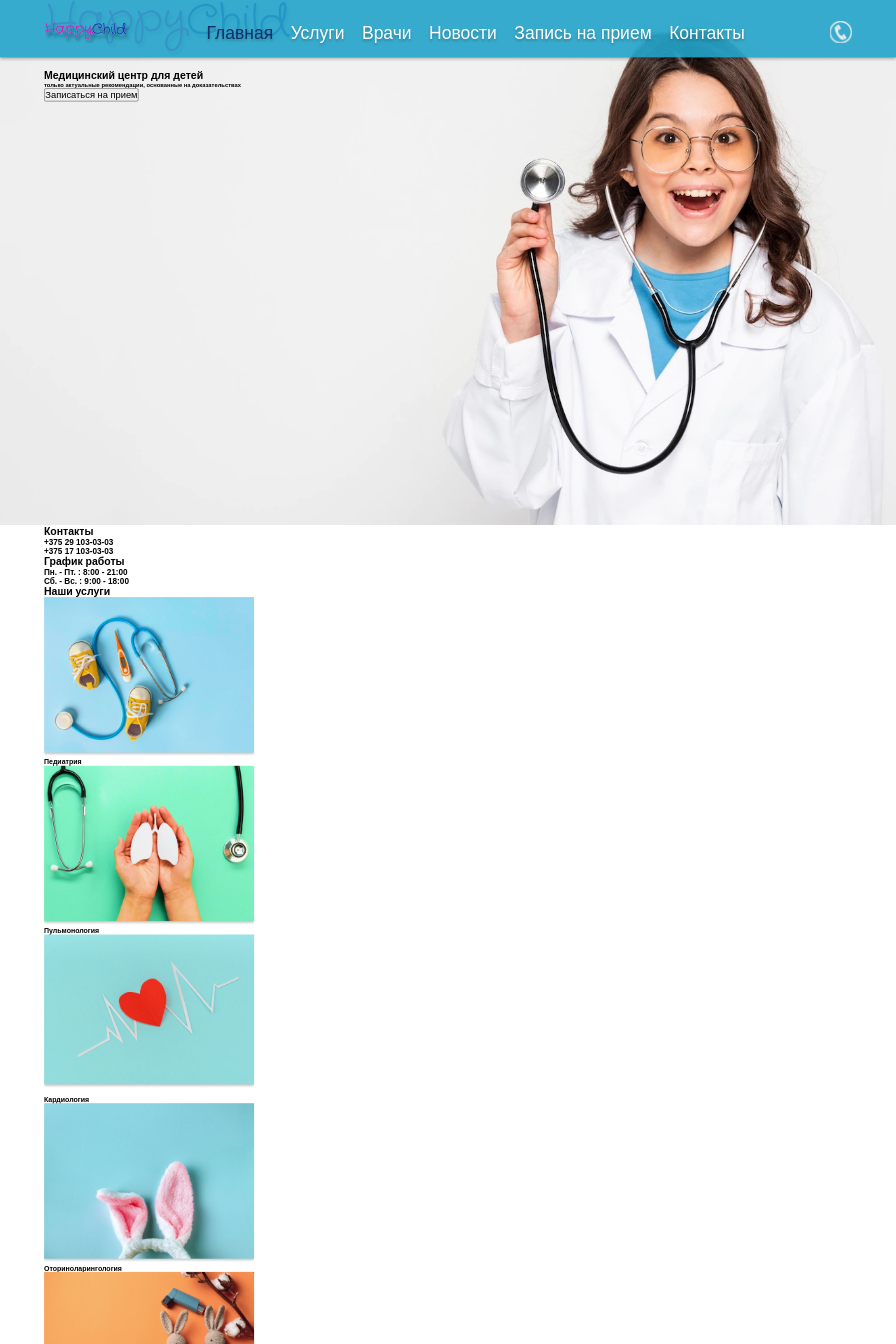
Repository: Normandy72/Landing-Page-Happy-Child
Page: index.html
These files come from the project's save history. The page is drawn as it stood at one moment and after the next save; the edit follows.
The browser window is 1280 px wide. The pictures show the part of the page from y = 0 to 1920 px (the page is 7728 px tall), at 70% of full size.
Some web fonts or font styles are not loaded; a fallback is used.

Above is the page before, as saved 2022-11-11 22:47:44.
Not found: styles/doctors_card.css
Not found: styles/news_card.css
Not found: styles/services_card.css

### index.html
<!DOCTYPE html>
<html lang="en">
<head>
    <meta charset="UTF-8">
    <meta http-equiv="X-UA-Compatible" content="IE=edge">
    <meta name="viewport" content="width=device-width, initial-scale=1.0">
    <link href="https://fonts.googleapis.com/css2?family=Neucha&display=swap" rel="stylesheet">
    <link rel="icon" href="resources/icon/stethoscope.ico" sizes="16x16">
    <link rel="icon" href="resources/icon/stethoscope.ico" sizes="32x32">
    <link rel="icon" href="resources/icon/stethoscope.ico" sizes="64x64">
    <link rel="stylesheet" href="styles/main.css">
    <title>Happy Child</title>
</head>

<body>
    <header>
        <div class="wrapper layout-3-columns">
            <a href="#">
                <div class="header__logo"></div>
            </a>
            <nav class="header__navigation">
                <a class = "navigation__link selected_link" href="#">Главная</a>
                <a class = "navigation__link" href="#">Услуги</a>
                <a class = "navigation__link" href="#">Врачи</a>
                <a class = "navigation__link" href="#">Новости</a>
                <a class = "navigation__link" href="#">Запись на прием</a>
                <a class = "navigation__link" href="#">Контакты</a>
            </nav>
            <a href="tel: +375291030303">
                <div class="header__phone"></div>
            </a>
        </div>
    </header>

    <main>
        <section class="section__main">
            <div class="wrapper main__text">
                <div class="main__logo"></div>
                <h1>Медицинский центр для детей</h1>
                <h5>только актуальные рекомендации, основанные на доказательствах</h5>
                <button class="button button_accented">Записаться на прием</button>
            </div>
        </section>

        <section class="section__information wrapper">
            <div class="information__block block__phone">
                <div class="block__icon"></div>
                <h2 class="heading_light">Контакты</h2>
                <h3>+375 29 103-03-03</h3>
                <h3>+375 17 103-03-03</h3>
            </div>
            <div class="information__block block__shedule">
                <div class="block__icon"></div>
                <h2 class="heading_light">График работы</h2>
                <h3>Пн. - Пт. :    8:00 - 21:00</h3>
                <h3>Сб. - Вс. :    9:00 - 18:00</h3>
            </div>
        </section>

        <section>
            <div class="section__lines">
                <div></div>
                <div></div>
                <div></div>
                <div></div>
            </div>
            <div class="wrapper section__services">
                <h2 class="heading_dark">Наши услуги</h2>
                <div class="services__card">
                    <img src="resources/img/services/pediatria.png" alt="pediatria">
                    <h4>Педиатрия</h4>
                </div>

                <div class="services__card">
                    <img src="resources/img/services/pulmo.png" alt="pulmo">
                    <h4>Пульмонология</h4>
                </div>

                <div class="services__card">
                    <img src="resources/img/services/cardio.png" alt="cardio">
                    <h4>Кардиология</h4>
                </div>

                <div class="services__card">
                    <img src="resources/img/services/lor.png" alt="lor">
                    <h4>Оториноларингология</h4>
                </div>

                <div class="services__card">
                    <img src="resources/img/services/allergo.png" alt="allergo">
                    <h4>Аллергология</h4>
                </div>

                <div class="services__card">
                    <img src="resources/img/services/surgery.png" alt="surgery">
                    <h4>Хирургия</h4>
                </div>

                <div class="services__card">
                    <img src="resources/img/services/neuro.png" alt="neuro">
                    <h4>Неврология</h4>
                </div>

                <div class="services__card">
                    <img src="resources/img/services/endocryn.png" alt="endocryn">
                    <h4>Эндокринология</h4>
                </div>

                <div class="services__card">
                    <img src="resources/img/services/ophtalm.png" alt="ophtalm">
                    <h4>Офтальмология</h4>
                </div>

                <div class="services__card">
                    <img src="resources/img/services/vaccination.png" alt="vaccination">
                    <h4>Вакцинация</h4>
                </div>

                <div class="services__card">
                    <img src="resources/img/services/usd.png" alt="usd">
                    <h4>УЗ-диагностика</h4>
                </div>

                <div class="services__card">
                    <img src="resources/img/services/stayhome.png" alt="stayhome">
                    <h4>Вызов врача на дом</h4>
                </div>
            </div>
        </section>

        <section class="section__addition">
            <div class="wrapper addition__info">
                <div class="addition__text">
                    <h2 class="heading_light">Записаться на прием онлайн</h2>
                    <h5>Записаться на приём можно в любое время суток и без выходных</h5>
                </div>
                <button class="button button_standart">Записаться онлайн</button>
            </div>
        </section>

        <section class="wrapper section__chief">
            <div class="chief__foto"></div>
            <div class="chief__text">
                <div class="text__lines">
                    <div class="lines__line"></div>
                    <p>“</p>
                    <div class="lines__line"></div>
                </div>
                <h5>Счастливый ребенок – это, прежде всего, ребенок здоровый, и только потом уже читающий
                и играющий на скрипке.</h5>
                <div class="text__lines">
                    <div class="lines__line"></div>
                    <p>”</p>
                    <div class="lines__line"></div>
                </div>
                <h5>Главный врач клиники</h5>
                <div class="chief__logo"></div>
                <h5>Самуилова Инна Абрамовна</h5>
            </div>
        </section>

        <section class="wrapper section__doctors">
            <h2 class="heading_dark">Познакомьтесь с нашими специалистами</h2>
            <p>Мы гордимся тем, что являемся медицинским центром, где Ваши дети на первом месте!
                В кратчайшие сроки мы предоставляем медицинскую помощь высочайшего качества и индивидуальное лечение ведущими специалистами страны. </p>
            <div class="doctors__arrays">
                <div></div>
                <div></div>
            </div>
            <div class="doctors__cards">
                <div class="doctors__card">
                    <img src="resources/img/doctors/ivanov1.png" alt="ivanov1">
                    <h5>Иванов Илья Денисович</h5>
                    <h6>Врач-оториноларинголог</h6>
                </div>

                <div class="doctors__card">
                    <img src="resources/img/doctors/stanina1.png" alt="stanina1">
                    <h5>Станина Александра Ивановна</h5>
                    <h6>Врач-офтальмолог</h6>
                </div>

                <div class="doctors__card">
                    <img src="resources/img/doctors/tkachenko1.png" alt="tkachenko1">
                    <h5>Ткаченко Антонина Львовна</h5>
                    <h6>Врач-невролог</h6>
                </div>

                <div class="doctors__card">
                    <img src="resources/img/doctors/savenko1.png" alt="savenko1">
                    <h5>Савенко Алина Викторовна</h5>
                    <h6>Врач-педиатр</h6>
                </div>

                <div class="doctors__card">
                    <img src="resources/img/doctors/krotov1.png" alt="krotov1">
                    <h5>Кротов Алексей Геннадьевич</h5>
                    <h6>Врач-хирург</h6>
                </div>

                <div class="doctors__card">
                    <img src="resources/img/doctors/karpovich1.png" alt="karpovich1">
                    <h5>Карпович Анна Игоревна</h5>
                    <h6>Врач-кардиолог</h6>
                </div>

                <div class="doctors__card">
                    <img src="resources/img/doctors/akulich1.png" alt="akulich1">
                    <h5>Акулич Олег Васильевич</h5>
                    <h6>Врач-эндокринолог</h6>
                </div>

                <div class="doctors__card">
                    <img src="resources/img/doctors/astapenko1.png" alt="astapenko1">
                    <h5>Астапенко Ирина Эдуардовна</h5>
                    <h6>Врач УЗ-диагностики</h6>
                </div>
            </div>
        </section>

        <section>
            <div class="section__lines">
                <div></div>
                <div></div>
                <div></div>
            </div>
            <div class="wrapper section__news">
                <h2 class="heading_dark">Новости</h2>
                <div class="news_card">
                    <img src="resources/img/news/news1.png" alt="news1">
                    <h4>25. 07. 2022   15 : 00</h4>
                    <h3>Всемирный день здоровья полости рта</h3>
                    <h5>Взрослея, организм ребенка испытывает множество изменений. В честь Всемирного дня здоровья полости рта наши стоматологи расскажут родителям и детям, как заботиться о зубах и деснах в разных возрастных периодах, какие средства использовать, чтобы смена молочных зубов прошла легко и безболезненно, и еще много-много полезного!</h5>
                    <a href="#">Подробнее...</a>
                </div>

                <div class="news_card">
                    <img src="resources/img/news/news2.png" alt="news1">
                    <h4>27. 07. 2022   13 : 30</h4>
                    <h3>Европейская неделя иммунизации</h3>
                    <h5>Знаете ли Вы, что иммунизация является единственным и надежным способом борьбы с эпидемиологическими заболеваниями, такими как корь, полиомиелит, эпидемический паротит и др.? В рамках Европейской недели иммунизации врач-педиатр Савенко Алина Викторовна познакомит Вас с текущим календарем профилактических прививок и ответит на все волнующие Вас вопросы! </h5>
                    <a href="#">Подробнее...</a>
                </div>

                <div class="news_card">
                    <img src="resources/img/news/news3.png" alt="news1">
                    <h4>28. 07. 2022    16 : 00</h4>
                    <h3>Международный день офтальмологии</h3>
                    <h5>Ухудшение зрения может лишить человека возможности заниматься любимым делом. Хорошо, что современная офтальмология обладает широкими возможностями для лечения многих заболеваний глаз.  Приходите к нам в Международный день офтальмологии и узнайте, что рекомендуют специалисты для профилактии заболеваний глаз.</h5>
                    <a href="#">Подробнее...</a>
                </div>
            </div>
        </section>

        <section class="section__addition">
            <div class="wrapper addition__info">
                <div class="addition__text">
                    <h2 class="heading_light">Подписаться на рассылку</h2>
                    <h5>Будьте в курсе новостей !</h5>
                </div>
                <form class="addition__form">
                    <input class = "addition__input" type="text" value="Email">
                    <button class="button button_standart">Подписаться</button>
                </form>
            </div>
        </section>

        <section class="wrapper section__callback">
            <div class="callback__form">
                <h2 class="heading_dark">Остались вопросы?</h2>
                <h5>Оставьте заявку, мы Вам перезвоним!</h5>
                <form action="">
                    <input class="callback__input" type="text" value="Ваше имя">
			        <input class="callback__input" type="tel" placeholder="Номер телефона" pattern="+375(29,17,33,44)[0-9]{3}-[0-9]{2}-[0-9]{2}" required>
			        <select class="callback__input" name="menu" size="1">
				        <option>Желаемая услуга</option>
				        <option value="ped">Педиатрия</option>
				        <option value="pulmo">Пульмонология</option>
				        <option value="cardio">Кардиология</option>
				        <option value="lor">Оториноларингология</option>
				        <option value="allergo">Аллергология</option>
				        <option value="surg">Хирургия</option>
				        <option value="neuro">Неврология</option>
				        <option value="endocryn">Эндокринология</option>
				        <option value="ophtalm">Офтальмология</option>
				        <option value="vaccin">Вакцинация</option>
				        <option value="usd">УЗ-диагностика</option>
				        <option value="stayhome">Вызов врача на дом</option>
			        </select>
			        <input class="callback__input" type="date" value="2022-01-01" min="2022-01-01" max="2022-12-31">
                    <label class="callback__checkbox">
                        <input type="checkbox">
                        Я даю согласие на хранение и обработку персональных данных
                    </label>
			        <button class="button button_standart">Оставить заявку</button>
                </form>
            </div>
            <div class="callback__photo"></div>
        </section>

        <section class="wrapper section__contacts">
            <h2 class="heading_dark">Ждем Вас в нашем центре !</h2>
            <div class="contacts__info">
                <h3>Контакты</h3>
                <h5>Мы находимся по адресу:</h5>
                <h4>г. Минск, ул. Матусевича, 70</h4>
                <h5>Связаться:</h5>
                <a href="tel: +375291030303">+375 29 103-03-03</a>
                <a href="tel: +375171030303">+375 17 103-03-03</a>
                <h5>Мы в соц. сетях:</h5>
                <div class="contacts__social">
                    <a href="#"></a>
                </div>
                <div class="contacts__social">
                    <a href="#"></a>
                </div>
                <div class="contacts__social">
                    <a href="#"></a>
                </div>
            </div>
            <div class="contacts__map">
                <iframe src="https://www.google.com/maps/embed?pb=!1m18!1m12!1m3!1d2349.7572817965843!2d27.4501670158107!3d53.91828888010291!2m3!1f0!2f0!3f0!3m2!1i1024!2i768!4f13.1!3m3!1m2!1s0x46dbc52f35b245d3%3A0x98f1d72de22c93c4!2z0YPQu9C40YbQsCDQnNCw0YLRg9GB0LXQstC40YfQsCA3MCwg0JzQuNC90YHQug!5e0!3m2!1sru!2sby!4v1659879735812!5m2!1sru!2sby" width="50%" height="562px" style="border:0;" allowfullscreen="" loading="lazy" referrerpolicy="no-referrer-when-downgrade"></iframe>
            </div>
        </section>
    </main>

    <footer>
        <div class="wrapper">
            <h5>ООО “HappyChild” © 2022</h5>
            <a href="#">Политика конфиденциальности</a>
        </div>
    </footer>
</body>
</html>

### styles/main.css
@import url(buttons.css);
@import url(common.css);
@import url(doctors_card.css);
@import url(footer.css);
@import url(form.css);
@import url(header.css);
@import url(headings.css);
@import url(layouts.css);
@import url(links.css);
@import url(news_card.css);
@import url(section_main.css);
@import url(services_card.css);
@import url(variables.css);

### styles/common.css
*{
    margin: 0;
    padding: 0;
    box-sizing: border-box;
}

html{
    scroll-behavior: smooth;
}

body{
    font-family: var(--main-font);
    font-size: 10px;
}

.wrapper{
    max-width: 1180px;
    min-width: 480px;
    padding: 0 1%;
    margin: auto;
}

### styles/header.css
header{
    width: 100%;
    background-color: var(--header-color);
    box-shadow: 0px 4px 4px rgba(0, 0, 0, 0.25);
    position: fixed;
    top: 0;
}

header .wrapper{
    padding-top: 30px;
    padding-bottom: 20px;
}

.header__logo{
    background-image: url(../resources/icon/HappyChild_small.svg);
    background-repeat: no-repeat;
    width: 136px;
    height: 31px;
}

.header__navigation{
    display: flex;
    align-items: center;
    justify-content: space-between;
}

.navigation__link{
    padding-right: 25px;
}

.header__phone{
    background-image: url(../resources/icon/phone.svg);
    background-repeat: no-repeat;
    width: 32px;
    height: 32px;
}

### styles/layouts.css
.layout-3-columns{
    display: flex;
    align-items: center;
    justify-content: space-between;
    flex-wrap: wrap;
    flex-basis: 33%;
}

### styles/links.css
a{
    text-decoration: none;
    color: var(--links-color);
    text-shadow: var(--links-shadow);
    font-size: var(--links-font-size);
}

a:hover{
    cursor: pointer;
    color: var(--links-hover-color);
    transition: var(--transition);
}

.selected_link{
    color: var(--selected-link-color);
}

### styles/section_main.css
.section__main{
    width: 100%;
    height: 750px;
    background-image: url(../resources/img/girl.jpg);
    background-size: cover;
    background-repeat: no-repeat;
}

.main__logo{
    background-image: url(../resources/icon/HappyChild_big.png);
    background-repeat: no-repeat;
    width: 388px;
    height: 99px;
}

### styles/variables.css
:root{
    /* fonts */
    --main-font: 'Neucha', Arial, cursive;

    /* font sizes */
    --links-font-size: 25px;

    /* colors */
    --header-color: rgba(35, 164, 201, 0.9);
    --links-color:  #FFFFFF;
    --links-shadow: 0px 4px 4px rgba(0, 0, 0, 0.25);
    --links-hover-color: #12306A;
    --selected-link-color: #12306A;

    /* transition */
    --transition: all .3s ease-out;
}

Loaded but not shown: styles/buttons.css (no copy from this time; the picture is the same without it); styles/footer.css (no copy from this time; the picture is the same without it); styles/form.css (no copy from this time; the picture is the same without it); styles/headings.css (no copy from this time; the picture is the same without it)

After the next save:
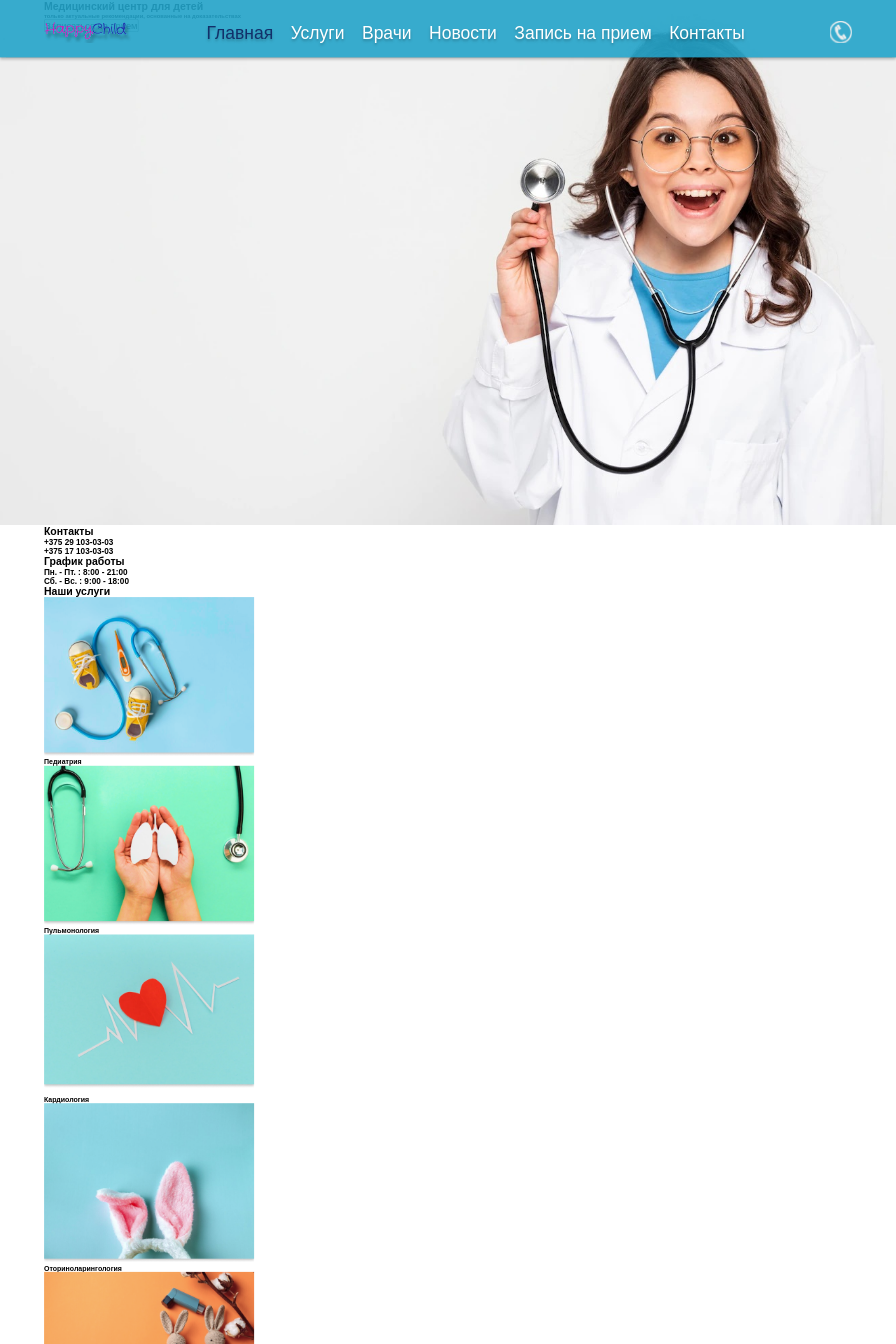
Saved 11 s later.
--- a/styles/section_main.css
+++ b/styles/section_main.css
@@ -9,6 +9,4 @@
 .main__logo{
     background-image: url(../resources/icon/HappyChild_big.png);
     background-repeat: no-repeat;
-    width: 388px;
-    height: 99px;
 }

After the save that followed:
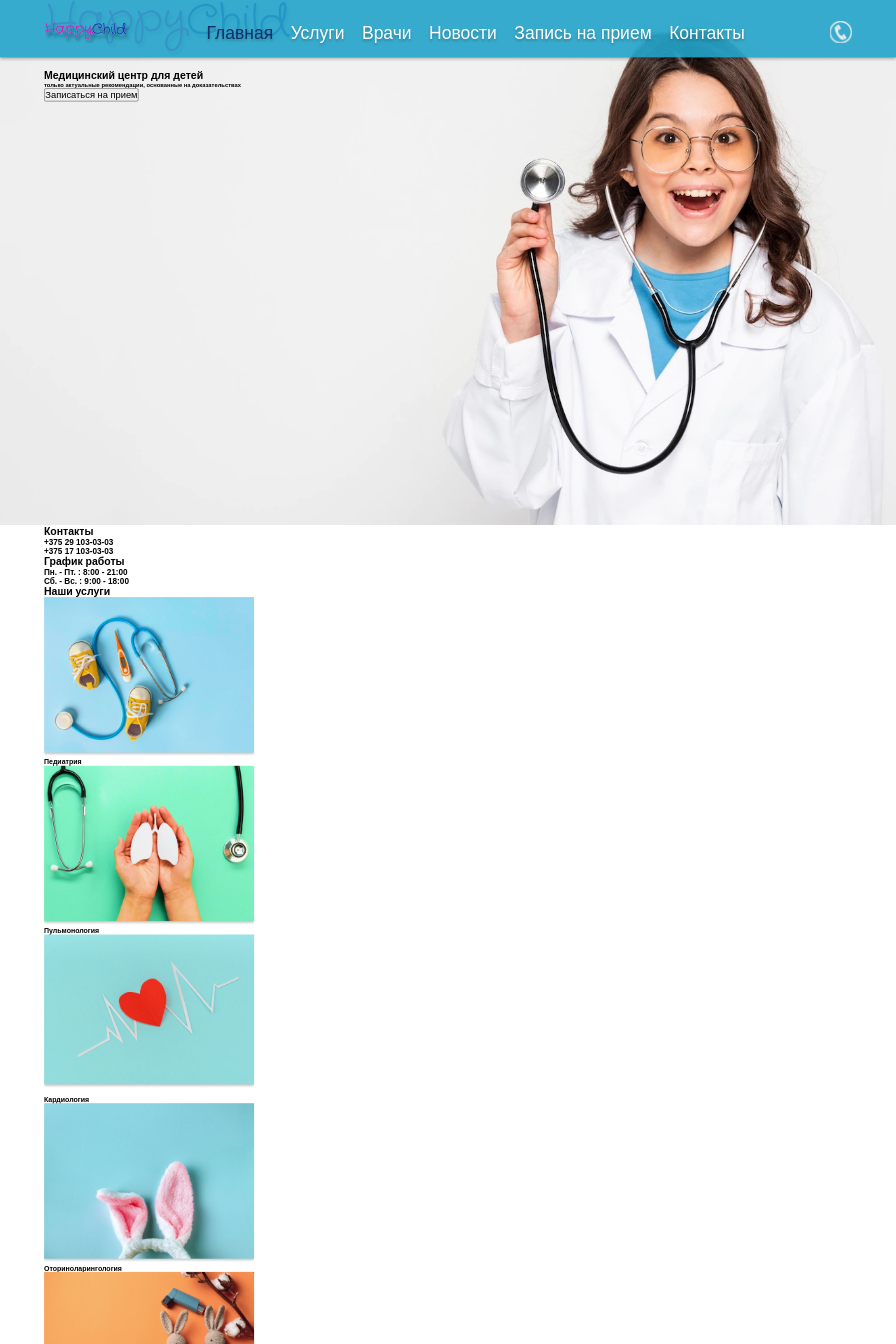
Saved 7 s later.
--- a/styles/section_main.css
+++ b/styles/section_main.css
@@ -9,4 +9,6 @@
 .main__logo{
     background-image: url(../resources/icon/HappyChild_big.png);
     background-repeat: no-repeat;
+    width: 388px;
+    height: 99px;
 }
